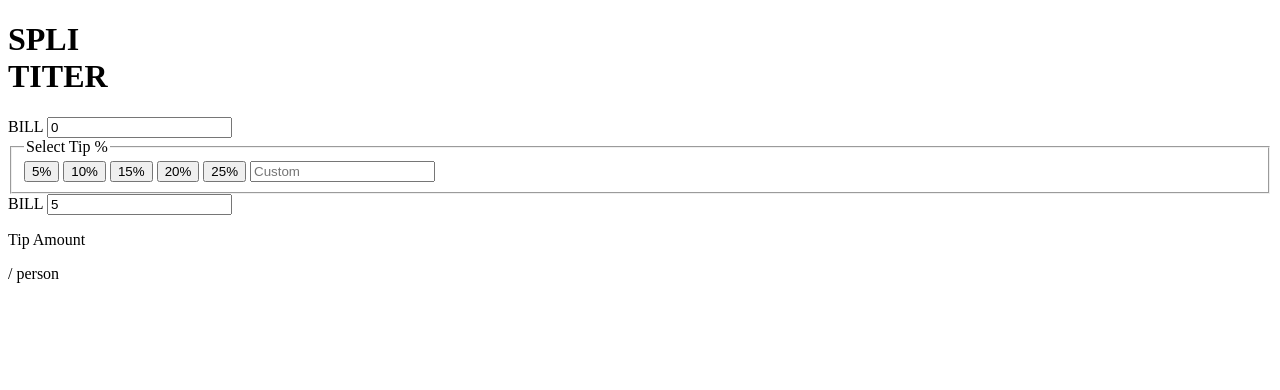
Repository: kellyjohanasalb/calduladora
Page: index.html
An editor plug-in stored every save of this project. The page is shown before and after the next save, followed by the edit.
The browser window is 1280 px wide. The pictures show the whole page.

Above is the page before, as saved 2023-08-16 13:33:26.

### index.html
<!DOCTYPE html>
<html lang="en">
<head>
    <meta charset="UTF-8">
    <meta name="viewport" content="width=, initial-scale=1.0">
    <title>Calculadora</title>
</head>
<body>
    <header class="header">
        <h1 class="header__title">SPLI <br> TITER</h1>
    </header>
    <section class="calculator-container">
        <div class="inputs-section">
            <label for="bill" class="inputs-section__bill-label">BILL</label>
            <input id="bill"  class="inputs-section__bill-input" type="nukber"  value="0">

            <fieldset clas="btns">
                <legend class="btns__legend">Select Tip %</legend>
                <button class="btns__button btns__button--selected">5%</button>
                <button class="btns__button">10%</button>
                <button class="btns__button">15%</button>
                <button class="btns__button">20%</button>
                <button class="btns__button">25%</button>
                <label for="Custom"></label>
                <input id="Custom"   type="number"  placeholder="Custom">
            </fieldset>

            <label for="people" class="inputs-section__bill-label">BILL</label>
            <input id="people"  class="inputs-section__bill-input" type="nukber"  value="5">
        </div>
        <div class="result-section">
            <div class="results">
                <div>
                    <p>Tip Amount</p>
                    <p>/ person</p>
                </div>

                <p></p>


            </div>

        </div>
    </section>
</body>
</html>

After the next save:
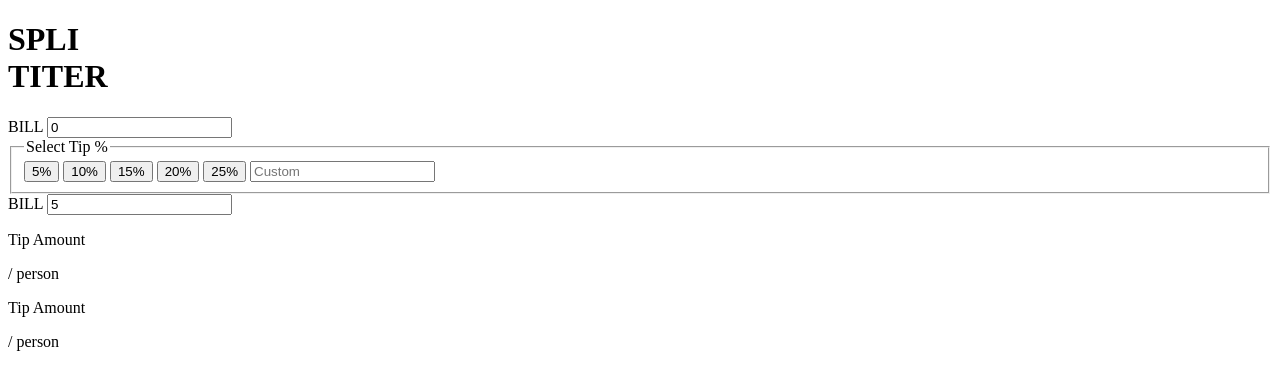
Saved 14 s later.
--- a/index.html
+++ b/index.html
@@ -37,7 +37,10 @@
 
                 <p></p>
 
-
+                <div>
+                    <p>Tip Amount</p>
+                    <p>/ person</p>
+                </div>
             </div>
 
         </div>
